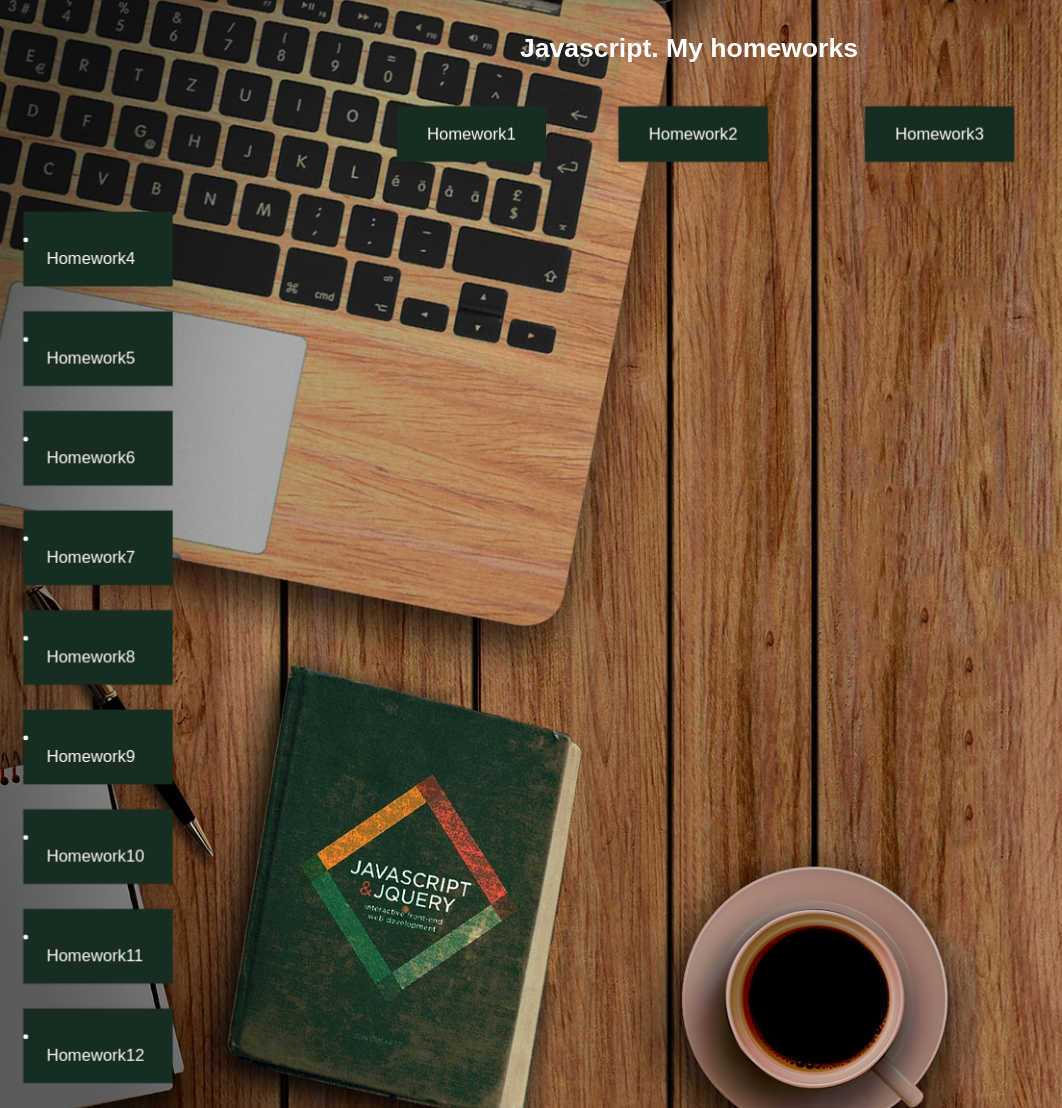
Repository: mariiastetsko/cursor-js-hw
Page: index.html
These files come from the project's save history. The page is drawn as it stood at one moment and after the next save; the edit follows.
The browser window is 1280 px wide. The pictures show the whole page, at 83% of full size.

Above is the page before, as saved 2020-07-22 20:51:30.

### index.html
<!DOCTYPE html>
<html lang="en">
  <head>
    <meta charset="UTF-8" />
    <meta name="viewport" content="width=device-width, initial-scale=1.0" />
    <title>Cursor.JS.Homeworks</title>
    <link rel="stylesheet" href="./style.css" />
  </head>
  <body>
    <div class="homeworks">
    <h1>Javascript. My homeworks</h1>
    <ul class="list">
      <div class="hw"><li>
        <a href="./HW1/index.html">Homework1</a>
      </li></div>
      <div class="hw"><li><a href="./HW2/index.html">Homework2 </a></li></div>
      <div class="hw"></div><li><a href="./HW3/index.html">Homework3</a></li></div>
      <div class="hw"></div><li><a href="./HW4/index.html">Homework4</a></li></div>
      <div class="hw"></div><li><a href="./HW5/index.html">Homework5</a></li></div>
      <div class="hw"></div><li><a href="./HW6/index.html">Homework6</a></li></div>
      <div class="hw"></div><li><a href="./HW7/index.html">Homework7</a></li></div>
      <div class="hw"></div><li><a href="./HW8/index.html">Homework8</a></li></div>
      <div class="hw"></div><li><a href="./HW9/index.html">Homework9</a></li></div>
      <div class="hw"></div><li><a href="./HW10/index.html">Homework10</a></li></div>
      <div class="hw"></div><li><a href="./HW11/index.html">Homework11</a></li></div>
      <div class="hw"></div><li><a href="./HW12/index.html">Homework12</a></li></div>
    </ul>
  </div>
  </body>
</html>

### style.css
* {
    box-sizing: border-box;
    font-family: Arial, Helvetica, sans-serif;
}

body {
    margin: 0 auto;
    padding: 0;
    min-height: 100vh;
    background-image: url('./background.jpg');
    background-repeat: no-repeat;
    background-size: cover;
}


ul {
    list-style: none;
}

.list {
    display: flex;
    justify-content: space-evenly;
    flex-wrap: wrap;
}

li, a {
    text-decoration: none;
    width: 180px;
    padding: 22px 0;
    margin: 30px 28px;
    color: #FFF;
    font-size: 20px;
    background: #172D21;
    box-shadow: 3px 60px 58px -29px rgba(0,0,0,0.73);
    transform: perspective(1px) translateZ(0);
    box-shadow: 0 0 1px rgba(0, 0, 0, 0);
    transition-duration: 0.3s;
    transition-property: box-shadow, transform;
}

  li:hover, li:focus, li:active, a:hover, a:focus, a:active {
    box-shadow: 0 10px 10px -10px rgba(0, 0, 0, 0.5);
    transform: scale(1.1);
    background: #C46F2C;
  }

.homeworks {
    width: 900px;
    text-align: center;
    margin-left: auto;
    margin-top: 40px;
    color: #FFF;
}

After the next save:
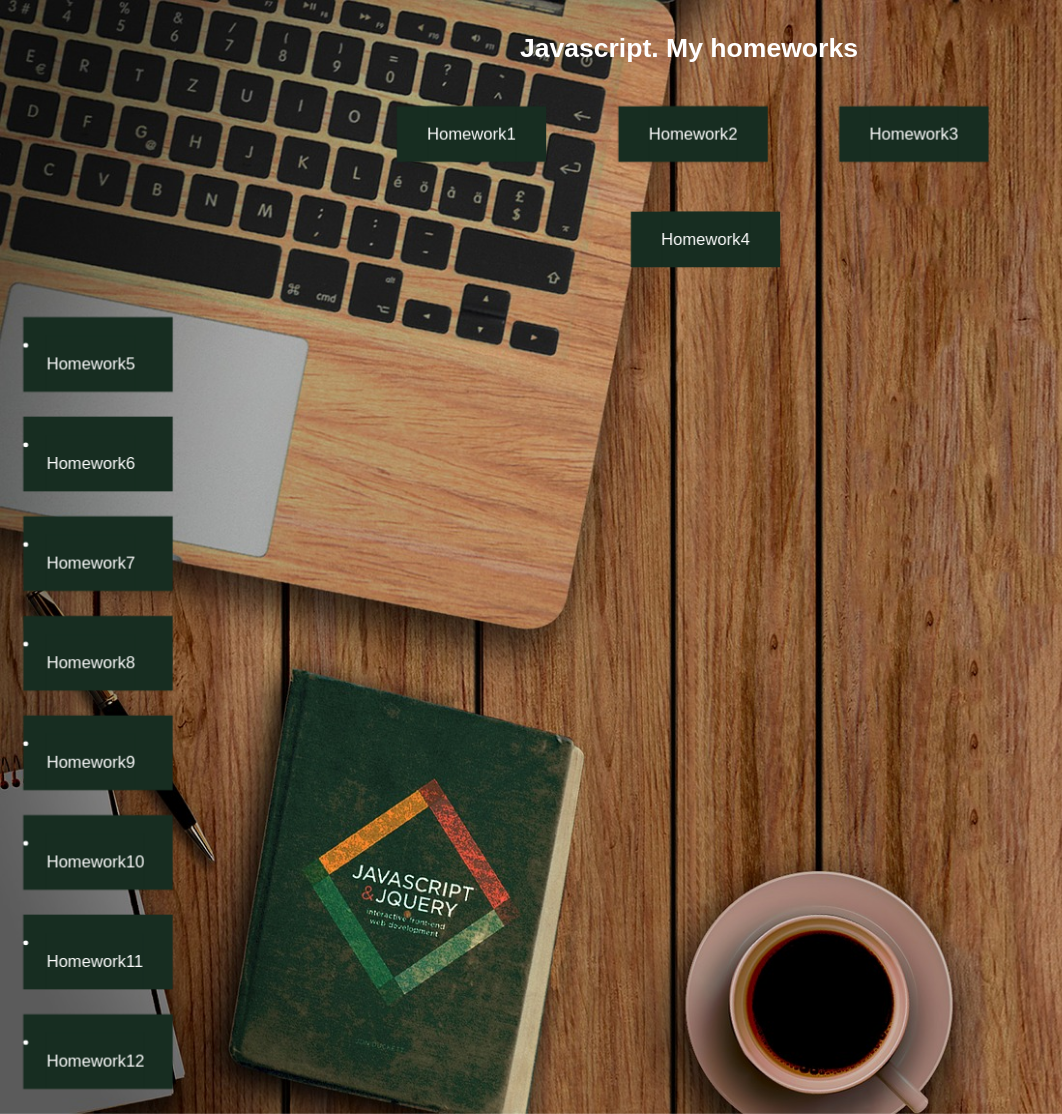
Saved 9 s later.
--- a/index.html
+++ b/index.html
@@ -14,7 +14,7 @@
         <a href="./HW1/index.html">Homework1</a>
       </li></div>
       <div class="hw"><li><a href="./HW2/index.html">Homework2 </a></li></div>
-      <div class="hw"></div><li><a href="./HW3/index.html">Homework3</a></li></div>
+      <div class="hw"><li><a href="./HW3/index.html">Homework3</a></li></div>
       <div class="hw"></div><li><a href="./HW4/index.html">Homework4</a></li></div>
       <div class="hw"></div><li><a href="./HW5/index.html">Homework5</a></li></div>
       <div class="hw"></div><li><a href="./HW6/index.html">Homework6</a></li></div>

After the 5 saves that followed:
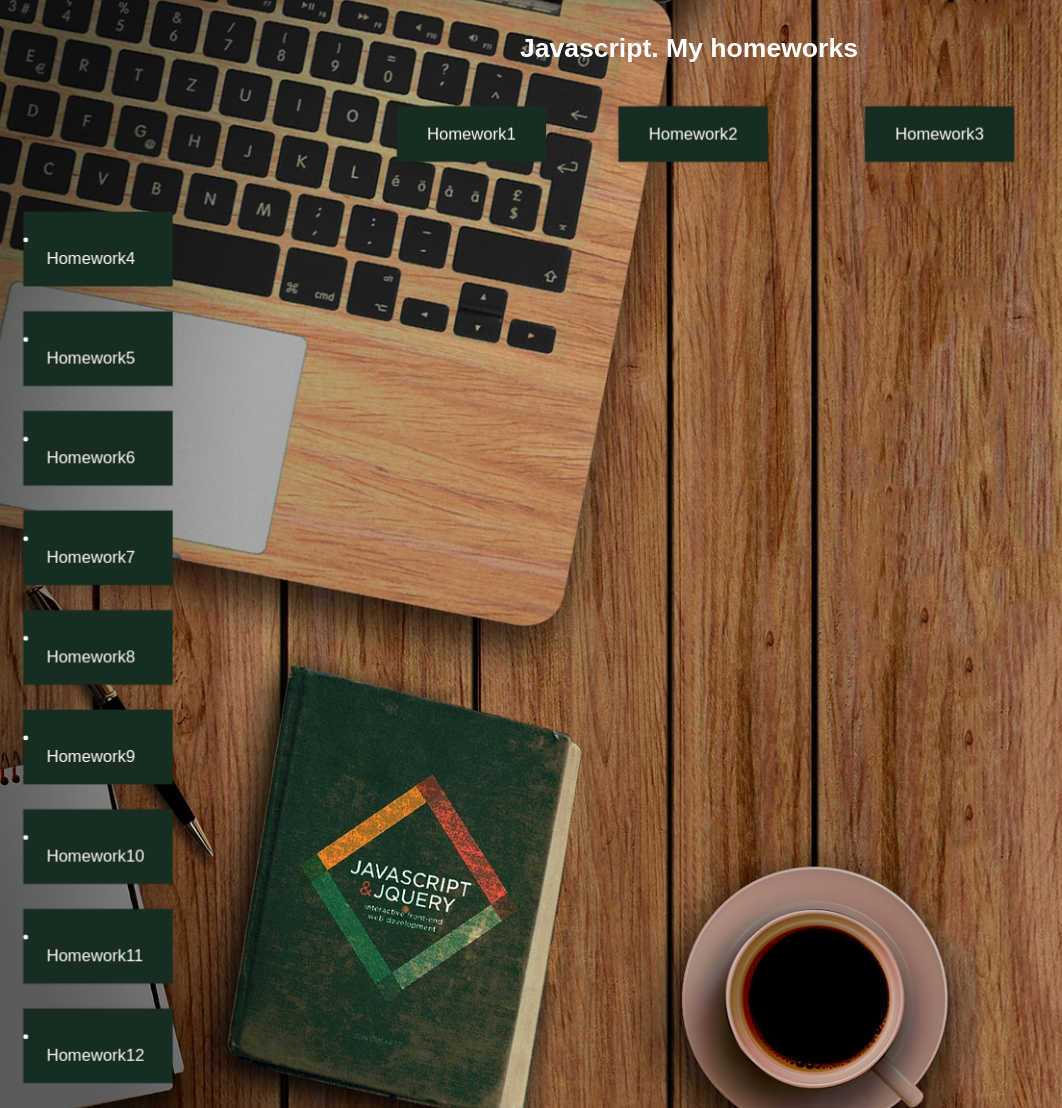
The 5 saves are shown as one change because 1 left the picture as it was and some came seconds apart.
The last was saved 24 s later.
--- a/index.html
+++ b/index.html
@@ -14,7 +14,7 @@
         <a href="./HW1/index.html">Homework1</a>
       </li></div>
       <div class="hw"><li><a href="./HW2/index.html">Homework2 </a></li></div>
-      <div class="hw"><li><a href="./HW3/index.html">Homework3</a></li></div>
+      <div class="hw"></div><li><a href="./HW3/index.html">Homework3</a></li></div>
       <div class="hw"></div><li><a href="./HW4/index.html">Homework4</a></li></div>
       <div class="hw"></div><li><a href="./HW5/index.html">Homework5</a></li></div>
       <div class="hw"></div><li><a href="./HW6/index.html">Homework6</a></li></div>
